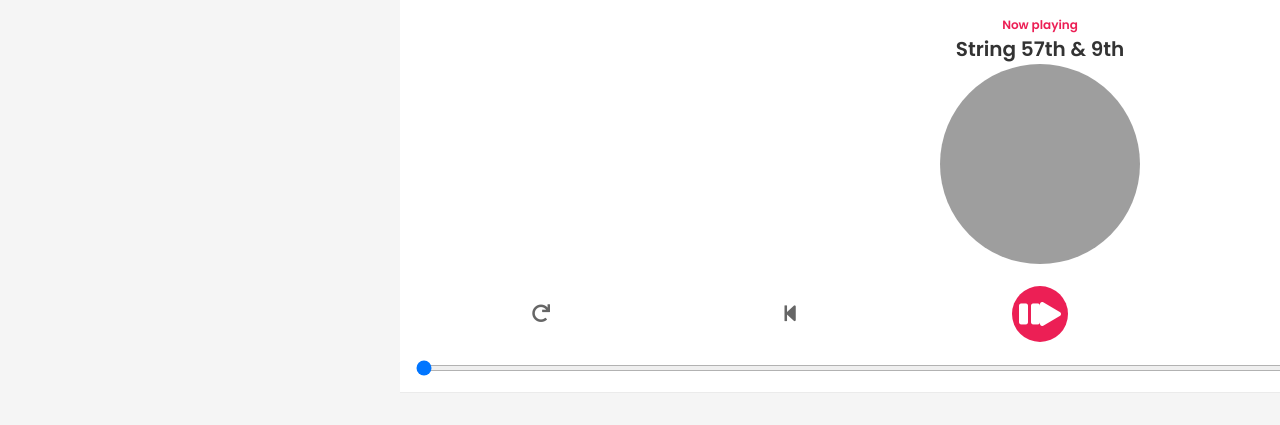
Repository: NBlue/Music_Player
Page: index.html
The author's editor kept a copy of each file at every save. The page is drawn from the files as they stood at one save, then again after the next save.
The browser window is 1280 px wide. The pictures show the whole page.
Pictures or frames that could not be fetched are drawn as grey boxes.

Above is the page before, as saved 2021-10-12 22:05:17.

### index.html
<!DOCTYPE html>
<html lang="en">
    <head>
        <meta charset="UTF-8" />
        <meta http-equiv="X-UA-Compatible" content="IE=edge" />
        <meta name="viewport" content="width=device-width, initial-scale=1.0" />
        <title>Music player</title>
        <link
            rel="stylesheet"
            href="https://cdnjs.cloudflare.com/ajax/libs/font-awesome/5.15.2/css/all.min.css"
            integrity="sha512-HK5fgLBL+xu6dm/Ii3z4xhlSUyZgTT9tuc/hSrtw6uzJOvgRr2a9jyxxT1ely+B+xFAmJKVSTbpM/CuL7qxO8w=="
            crossorigin="anonymous"
        />
        <link rel="preconnect" href="https://fonts.gstatic.com" />
        <link
            href="https://fonts.googleapis.com/css2?family=Poppins:wght@300;400;600&display=swap"
            rel="stylesheet"
        />

        <link rel="stylesheet" href="./assets/css/style.css" />
    </head>
    <body>
        <div class="player">
            <!-- Dashboard - Bảng điều khiển -->
            <div class="dashboard">
                <!-- Header -->
                <header>
                    <h4>Now playing</h4>
                    <h2>String 57th & 9th</h2>
                </header>

                <!-- CD -->
                <div class="cd">
                    <div
                        class="cd-thumb"
                        style="
                            background-image: url(https://i.ytimg.com/vi/jTLhQf5KJSc/maxresdefault.jpg);
                        "
                    ></div>
                </div>

                <!-- Control -->
                <div class="control">
                    <div class="btn btn-repeat">
                        <i class="fas fa-redo"></i>
                    </div>
                    <div class="btn btn-prev">
                        <i class="fas fa-step-backward"></i>
                    </div>
                    <div class="btn btn-toggle-play">
                        <i class="fas fa-pause icon-pause"></i>
                        <i class="fas fa-play icon-play"></i>
                    </div>
                    <div class="btn btn-next">
                        <i class="fas fa-step-forward"></i>
                    </div>
                    <div class="btn btn-random">
                        <i class="fas fa-random"></i>
                    </div>
                </div>

                <input
                    type="range"
                    id="progress"
                    class="progress"
                    value="0"
                    step="1"
                    min="0"
                    max="100"
                />

                <audio src="" id="audio"></audio>
            </div>

            <!-- Playlist -->
            <div class="playlist">
                <div class="song">
                    <div
                        class="thumb"
                        style="
                            background-image: url(https://i.ytimg.com/vi/jTLhQf5KJSc/maxresdefault.jpg);
                        "
                    ></div>
                    <div class="body">
                        <h3 class="title">Music name</h3>
                        <p class="author">Singer</p>
                    </div>
                    <div class="option">
                        <i class="fas fa-ellipsis-h"></i>
                    </div>
                </div>
                <div class="song">
                    <div
                        class="thumb"
                        style="
                            background-image: url(https://i.ytimg.com/vi/jTLhQf5KJSc/maxresdefault.jpg);
                        "
                    ></div>
                    <div class="body">
                        <h3 class="title">Music name</h3>
                        <p class="author">Singer</p>
                    </div>
                    <div class="option">
                        <i class="fas fa-ellipsis-h"></i>
                    </div>
                </div>
                <div class="song">
                    <div
                        class="thumb"
                        style="
                            background-image: url(https://i.ytimg.com/vi/jTLhQf5KJSc/maxresdefault.jpg);
                        "
                    ></div>
                    <div class="body">
                        <h3 class="title">Music name</h3>
                        <p class="author">Singer</p>
                    </div>
                    <div class="option">
                        <i class="fas fa-ellipsis-h"></i>
                    </div>
                </div>
            </div>
        </div>
    </body>
</html>

### assets/css/style.css
:root {
    --primary-color: #ec1f55;
    --text-color: #333;
}

* {
    padding: 0;
    margin: 0;
    box-sizing: border-box;
}

body {
    background-color: #f5f5f5;
}

html {
    box-sizing: border-box;
    font-family: "Poppins", sans-serif;
}

.player {
    position: relative;
    max-width: 480px;
    margin: 0 auto;
}

.player .icon-pause {
    display: inline-block;
}

.player.playing .icon-play {
    display: none;
}

.dashboard {
    padding: 16px 16px 14px;
    background-color: #fff;
    position: fixed;
    top: 0;
    width: 100%;
    min-width: 480px;
    border-bottom: 1px solid #ebebeb;
}

/* HEADER */
header {
    text-align: center;
    border-bottom: 10px;
}

header h4 {
    color: var(--primary-color);
    font-size: 12px;
}

header h2 {
    color: var(--text-color);
    font-size: 20px;
}

/* CD */
.cd {
    display: flex;
    margin: auto;
    width: 200px;
}

.cd-thumb {
    width: 100%; /*Xét chiều rộng cho ảnh*/
    padding-bottom: 100%; /* Phải padding top hoặc botom thì ảnh mới hiện ra*/
    border-radius: 50%;
    background-color: #333;
    background-size: cover;
    margin: auto;
}

/* CONTROL */
.control {
    display: flex;
    justify-content: space-around;
    align-items: center;
    padding: 18px 0 8px 0;
}

.control .btn {
    color: #666;
    padding: 18px;
    font-size: 18px;
}

.control .btn.active {
    color: var(--primary-color);
}

.control .btn-toggle-play {
    width: 56px;
    height: 56px;
    border-radius: 50%;
    font-size: 24px;
    color: #fff;
    display: flex;
    justify-content: center;
    align-items: center;
    background-color: var(--primary-color);
}

.progress {
    width: 100%;
    height: 6px;
}
.playlist {
}
.song {
}
.thumb {
}
.body {
}
.title {
}
.author {
}
.option {
}
.fa-ellipsis-h {
}
.btn.btn-repeat {
}
.fas.fa-redo {
}
.btn.btn-prev {
}
.fas.fa-step-backward {
}
.btn.btn-toggle-play {
}
.fas.fa-pause.icon-pause {
}
.fas.fa-play.icon-play {
}
.btn.btn-next {
}
.fas.fa-step-forward {
}
.btn.btn-random {
}
.fas.fa-random {
}
.fas.fa-ellipsis-h {
}

After the next save:
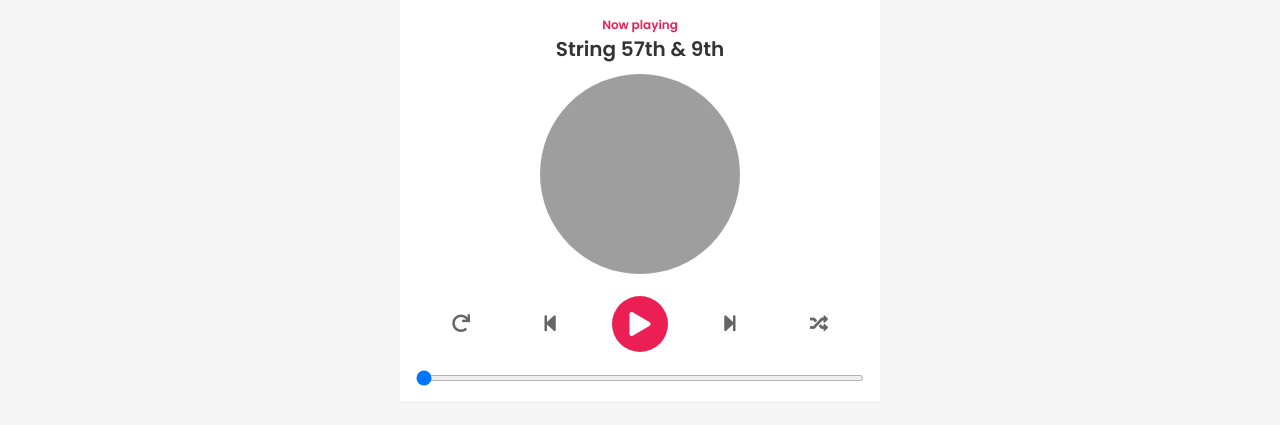
Saved 56 s later.
--- a/assets/css/style.css
+++ b/assets/css/style.css
@@ -6,7 +6,7 @@
 * {
     padding: 0;
     margin: 0;
-    box-sizing: border-box;
+    box-sizing: inherit;
 }
 
 body {
@@ -25,6 +25,10 @@
 }
 
 .player .icon-pause {
+    display: none;
+}
+
+.player.playing .icon-pause {
     display: inline-block;
 }
 
@@ -38,14 +42,14 @@
     position: fixed;
     top: 0;
     width: 100%;
-    min-width: 480px;
+    max-width: 480px;
     border-bottom: 1px solid #ebebeb;
 }
 
 /* HEADER */
 header {
     text-align: center;
-    border-bottom: 10px;
+    margin-bottom: 10px;
 }
 
 header h4 {
@@ -66,8 +70,8 @@
 }
 
 .cd-thumb {
-    width: 100%; /*Xét chiều rộng cho ảnh*/
-    padding-bottom: 100%; /* Phải padding top hoặc botom thì ảnh mới hiện ra*/
+    width: 100%;
+    padding-top: 100%;
     border-radius: 50%;
     background-color: #333;
     background-size: cover;
@@ -77,8 +81,8 @@
 /* CONTROL */
 .control {
     display: flex;
+    align-items: center;
     justify-content: space-around;
-    align-items: center;
     padding: 18px 0 8px 0;
 }
 
@@ -99,11 +103,10 @@
     font-size: 24px;
     color: #fff;
     display: flex;
+    align-items: center;
     justify-content: center;
-    align-items: center;
     background-color: var(--primary-color);
 }
-
 .progress {
     width: 100%;
     height: 6px;

After the save that followed:
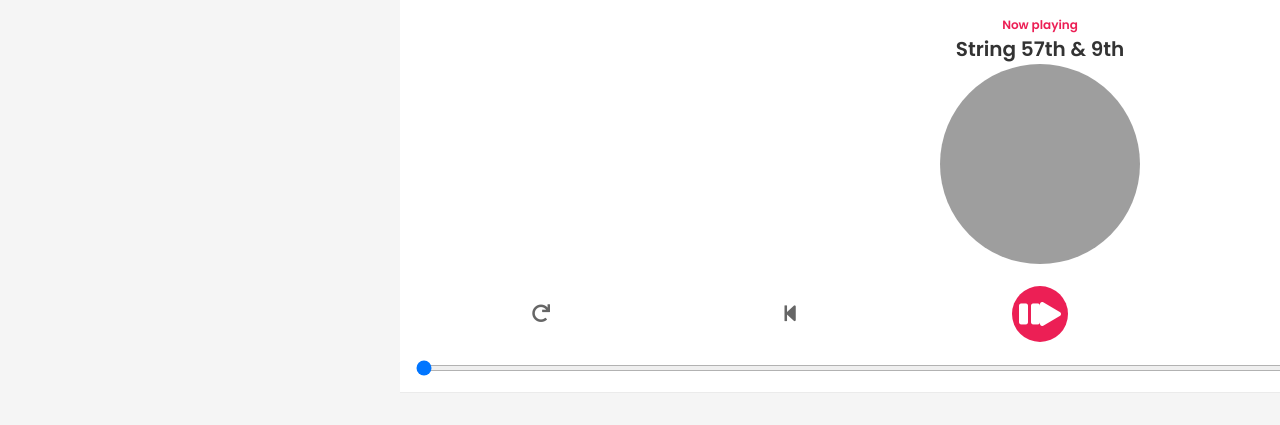
Saved 20 s later.
--- a/assets/css/style.css
+++ b/assets/css/style.css
@@ -6,7 +6,7 @@
 * {
     padding: 0;
     margin: 0;
-    box-sizing: inherit;
+    box-sizing: border-box;
 }
 
 body {
@@ -25,10 +25,6 @@
 }
 
 .player .icon-pause {
-    display: none;
-}
-
-.player.playing .icon-pause {
     display: inline-block;
 }
 
@@ -42,14 +38,14 @@
     position: fixed;
     top: 0;
     width: 100%;
-    max-width: 480px;
+    min-width: 480px;
     border-bottom: 1px solid #ebebeb;
 }
 
 /* HEADER */
 header {
     text-align: center;
-    margin-bottom: 10px;
+    border-bottom: 10px;
 }
 
 header h4 {
@@ -70,8 +66,8 @@
 }
 
 .cd-thumb {
-    width: 100%;
-    padding-top: 100%;
+    width: 100%; /*Xét chiều rộng cho ảnh*/
+    padding-bottom: 100%; /* Phải padding top hoặc botom thì ảnh mới hiện ra*/
     border-radius: 50%;
     background-color: #333;
     background-size: cover;
@@ -81,8 +77,8 @@
 /* CONTROL */
 .control {
     display: flex;
+    justify-content: space-around;
     align-items: center;
-    justify-content: space-around;
     padding: 18px 0 8px 0;
 }
 
@@ -103,10 +99,11 @@
     font-size: 24px;
     color: #fff;
     display: flex;
+    justify-content: center;
     align-items: center;
-    justify-content: center;
     background-color: var(--primary-color);
 }
+
 .progress {
     width: 100%;
     height: 6px;
